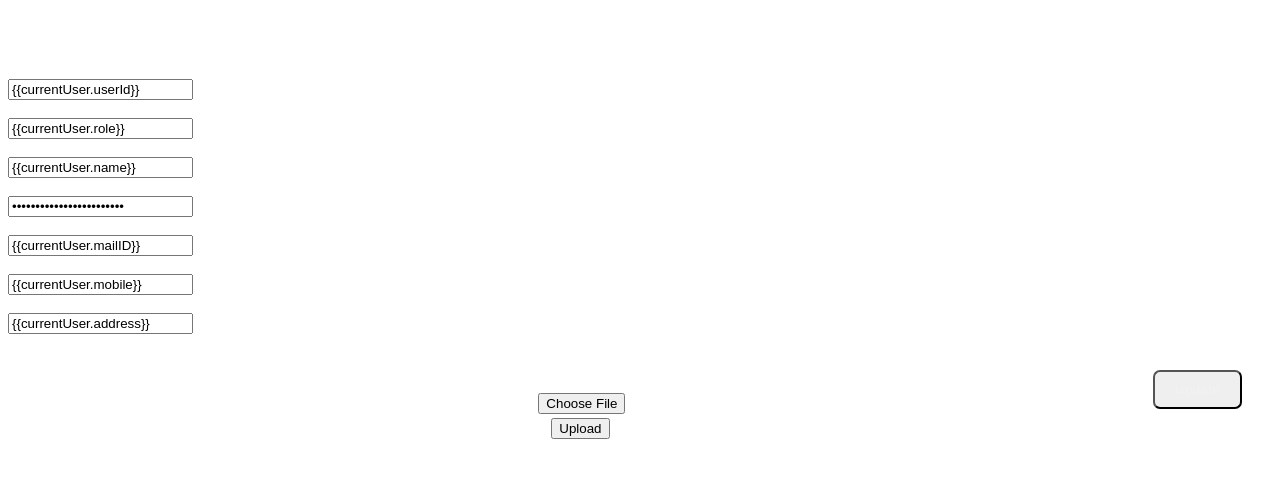
Repository: shailaja1601/collaborative_project
Page: CollabarationFrontEnd/WebContent/user/my_profile.html
An editor plug-in stored every save of this project. The page is shown before and after the next save, followed by the edit.
The browser window is 1280 px wide. The pictures show the whole page.

Above is the page before, as saved 2017-02-07 20:14:33.

### CollabarationFrontEnd/WebContent/user/my_profile.html
<head>
<style>

h3,label{
color:white;
}

.panel-body{
margin-top:20px;
 border-radius: 20px;
background-color:rgba(255,255,255,0.1);
}

 .btn {
      padding: 10px 20px;
      color: #f1f1f1;
      border-radius: 7px;
      transition: .2s;
      float:right;
      margin-right:30px;
  }
  .btn:hover, .btn:focus {
      border: 1px solid #333;
      background-color: #66CDAA;
      color: #000;
  }
</style>
</head>
<body>
<div class="container">
<div class="row">
<div class="col-xs-6 col-md-6">
	<div data-ng-controller="UserController as ctrl">

			<div class="panel panel-body">

					<h3>My Profile </h3>

				<div class="formcontainer">
					<form data-ng-submit="ctrl.updateUser()" name="myForm" class="form-horizontal">


							<div class="form-group col-md-12">
								<label class="col-sm-2 control-lable" for="userId">ID</label>
								<div class="col-md-10">
								<!-- data-ng-bind="ctrl.user.userId" -->
									<input type="text"   data-ng-model="currentUser.userId" value={{currentUser.userId}} id="userId"
										class="userid form-control input-sm"
										placeholder="Enter your ID" required data-ng-minlength="3" />
								</div>

						</div>

                           <div class="form-group col-md-12">
								<label class="col-sm-2 control-lable" for="role">Role</label>
								<div class="col-md-10">
									<input type="text"   data-ng-model="currentUser.role" value= {{currentUser.role}} id="role"
										class="userid form-control input-sm"
										required
       data-ng-disabled="true" />
								</div>

						</div>



							<div class="form-group col-md-12">
								<label class="col-sm-2 control-lable" for="name">Name</label>
								<div class="col-md-10">  <!-- data-ng-bind="ctrl.user.name" -->
									<input type="text"  data-ng-model="currentUser.name" value= {{currentUser.name}} id="name"
										class="username form-control input-sm"
										placeholder="Enter your name" required data-ng-minlength="3" />
								</div>
							</div>



							 <div class="form-group col-md-12">
								<label class="col-sm-2 control-lable" for="password">Password</label>
								<div class="col-md-10">
									<input type="password"   data-ng-model="currentUser.password" value= {{currentUser.password}}
										id="password" class="username form-control input-sm"
										placeholder="Enter your password" required data-ng-minlength="3" />
								</div>
							</div>




							 <div class="form-group col-md-12">
								<label class="col-sm-2 control-lable" for="mailID">Email</label>
								<div class="col-md-10">
									<input type="email"   data-ng-model="currentUser.mailID" value= {{currentUser.mailID}} id="mailID"
										class="email form-control input-sm"
										placeholder="Enter your Email" required />

								</div>
							</div>

							<div class="form-group col-md-12">
								<label class="col-sm-2 control-lable" for="mobile">Mobile</label>
								<div class="col-md-10">  <!-- data-ng-bind="ctrl.user.mobile" -->
									<input type="tel"    data-ng-model="currentUser.mobile" value= {{currentUser.mobile}} id="mobile"
										class="mobile form-control input-sm"
										placeholder="Enter your contact number" required />

								</div>
							</div>

							  <div class="form-group col-md-12">
								<label class="col-sm-2 control-lable" for="address">Address</label>
								<div class="col-md-10">
									<input type="text"   width="100" height="50"
									  data-ng-model="currentUser.address"
										 value= {{currentUser.address}} id="address"
										class="form-control input-sm"
										placeholder="Enter your Address." />
								</div>
							</div>
						<br><br>
						<div class="form-actions">
					<button class="btn btn-primary" type="submit">
						<i class="fa fa-user-circle"
							style="font-size: 17px;"></i> <b>Update</b>
					</button>
							</div>
							</form>
					</div>
				</div>
			</div>
</div>
		<div class="col-xs-12 col-sm-6">
		<div class="panel panel-body">
		<div align="center">
        <form method="post" action="http://localhost:8086/CollabarationBackEnd/doUpload" enctype="multipart/form-data">
            <table border="0">
                <tr>
                    <td style="color:white">Profile pic:</td>
                    <td align="left" style="color:white">
                   File to upload:<input type="file" name="image" path="image" size="50" /></td>
                </tr>

                <tr>
                    <td colspan="2" align="center"><input type="submit" value="Upload" /></td>
                </tr>


            </table>
        </form>
    </div></div>
		</div>
</div>
</div>



</body>

After the next save:
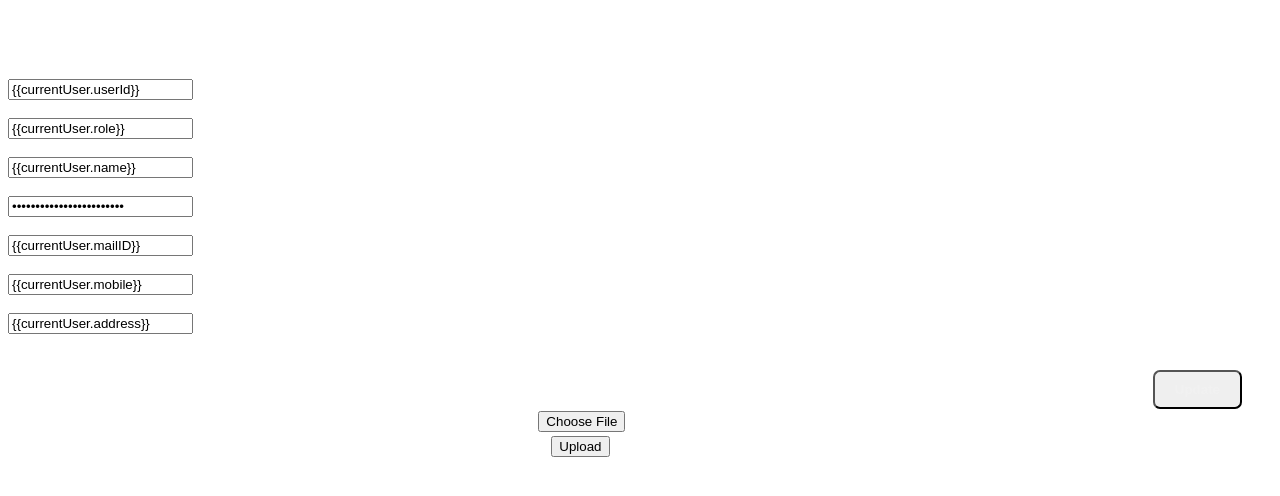
Saved 39 s later.
--- a/CollabarationFrontEnd/WebContent/user/my_profile.html
+++ b/CollabarationFrontEnd/WebContent/user/my_profile.html
@@ -135,7 +135,7 @@ background-color:rgba(255,255,255,0.1);
         <form method="post" action="http://localhost:8086/CollabarationBackEnd/doUpload" enctype="multipart/form-data">
             <table border="0">
                 <tr>
-                    <td style="color:white">Profile pic:</td>
+                    <td style="color:white">Profile pic:</td><br>
                     <td align="left" style="color:white">
                    File to upload:<input type="file" name="image" path="image" size="50" /></td>
                 </tr>
